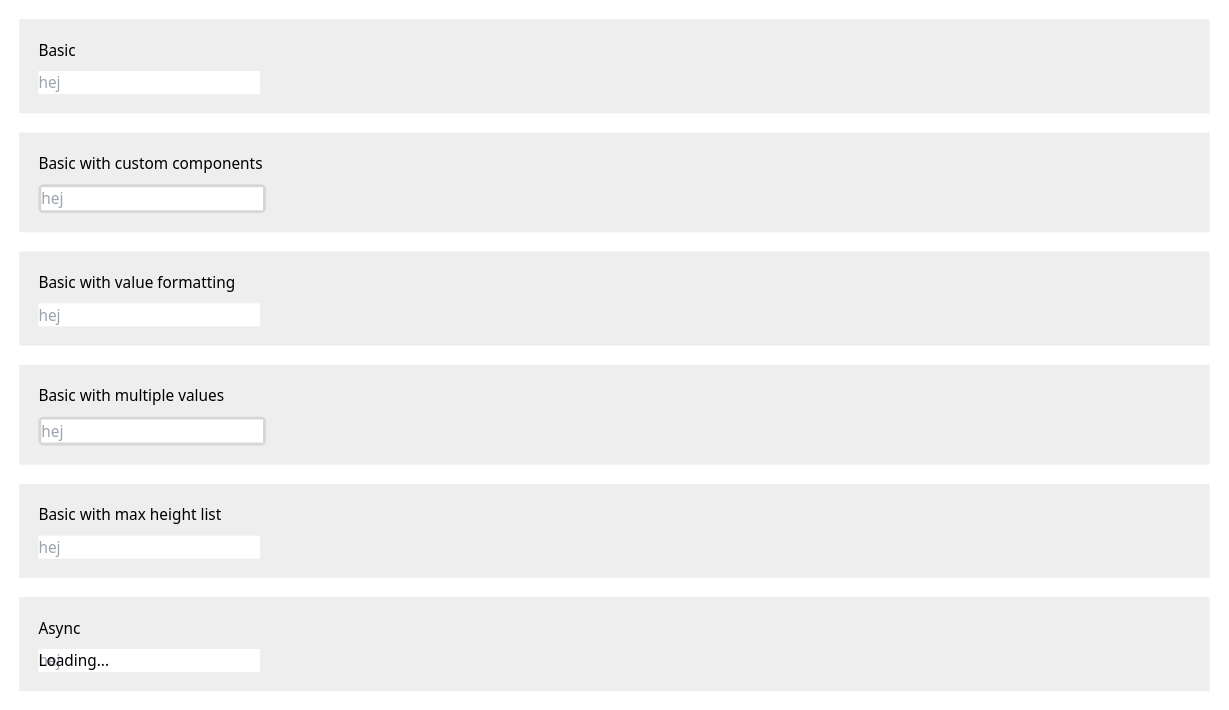
Repository: Frexity/frx-react
Page: / (app in ui/react-select/)
The author's editor kept a copy of each file at every save. The page is drawn from the files as they stood at one save, then again after the next save.
The browser window is 1280 px wide. The pictures show the whole page, at 96% of full size.
The page's requests for data from a server got no answer. Some web libraries are served in a nearby version. The project was rebuilt for these pictures with package versions that can differ from the ones it lists, and the page was loaded fresh each time. No one was signed in, and anything a server would have sent is missing. Also part of the build but not shown: ui/react-select/vite.config.ts, ui/react-select/src/CustomSelectComponents/ListLoadingIndicator.tsx, ui/react-select/src/dummy-components/ListLoadingIndicator.tsx.

Above is the page before, as saved 2022-08-21 00:23:52.

After the next save:
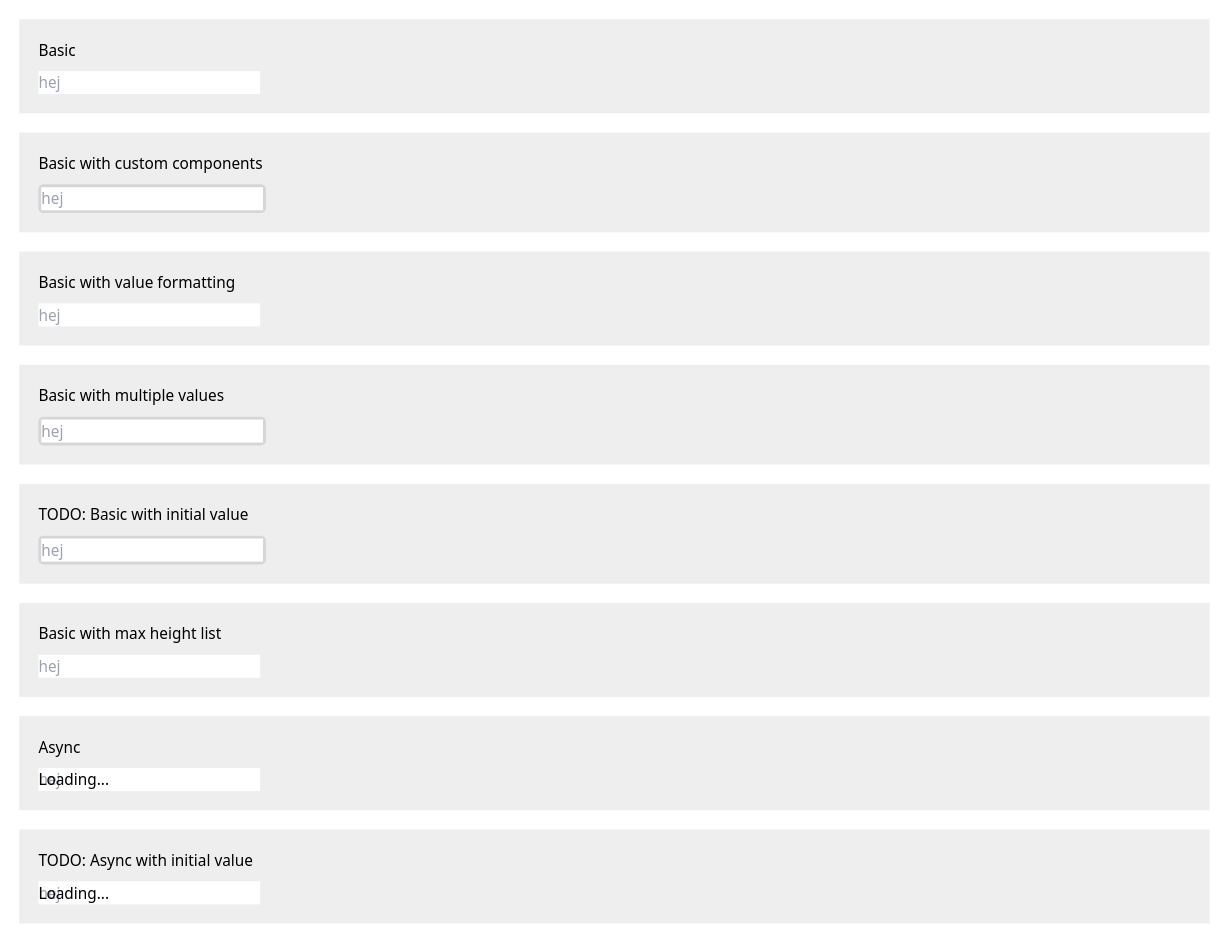
Saved 59 s later.
--- a/ui/react-select/src/App.tsx
+++ b/ui/react-select/src/App.tsx
@@ -54,6 +54,10 @@ export default function App() {
         <Select options={options} components={customComponents} canSelectMultipleValues />
       </div>
       <div className="card">
+        <h3>TODO: Basic with initial value</h3>
+        <Select options={options} components={customComponents} canSelectMultipleValues />
+      </div>
+      <div className="card">
         <h3>Basic with max height list</h3>
         <Select
           options={options}
@@ -79,6 +83,22 @@ export default function App() {
           }}
         />
       </div>
+      <div className="card">
+        <h3>TODO: Async with initial value</h3>
+        <AsyncSelect
+          options={options}
+          components={dummyComponents}
+          asyncOptions={{
+            url: 'https://jsonplaceholder.typicode.com/albums',
+            startPage: 0,
+            perPage: 4,
+            queryAttribute: 'page',
+            labelAttribute: 'title',
+            valueAttribute: 'id',
+            loadOnMount: true,
+          }}
+        />
+      </div>
     </div>
   )
 }
